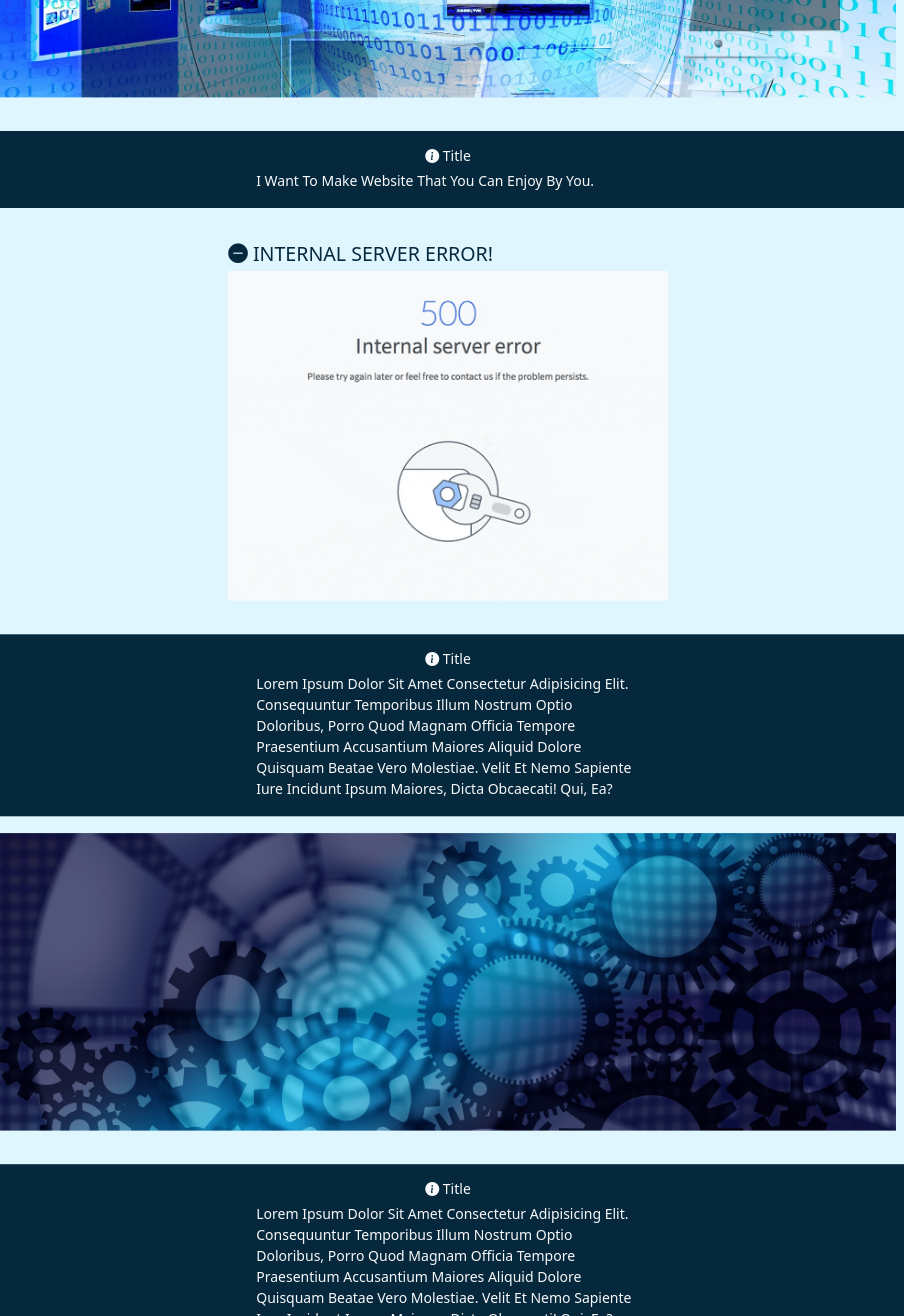
Repository: initer3737/initer3737.github.io
Page: index.html
An editor plug-in stored every save of this project. The page is shown before and after a run of saves, followed by the edit.
The browser window is 1280 px wide. The page is 1292 px wide, so the pictures cover 1292 px, including what lies to the right of the window. The pictures show the part of the page from y = 1803 to 3683 px (the page is 4407 px tall before and 4377 px after), at 70% of full size.
Some web libraries are served in a nearby version.

Above is the page before, as saved 2022-06-12 23:02:55.
Console error: TypeError: Cannot set properties of null (setting 'innerHTML')

After the next 2 saves:
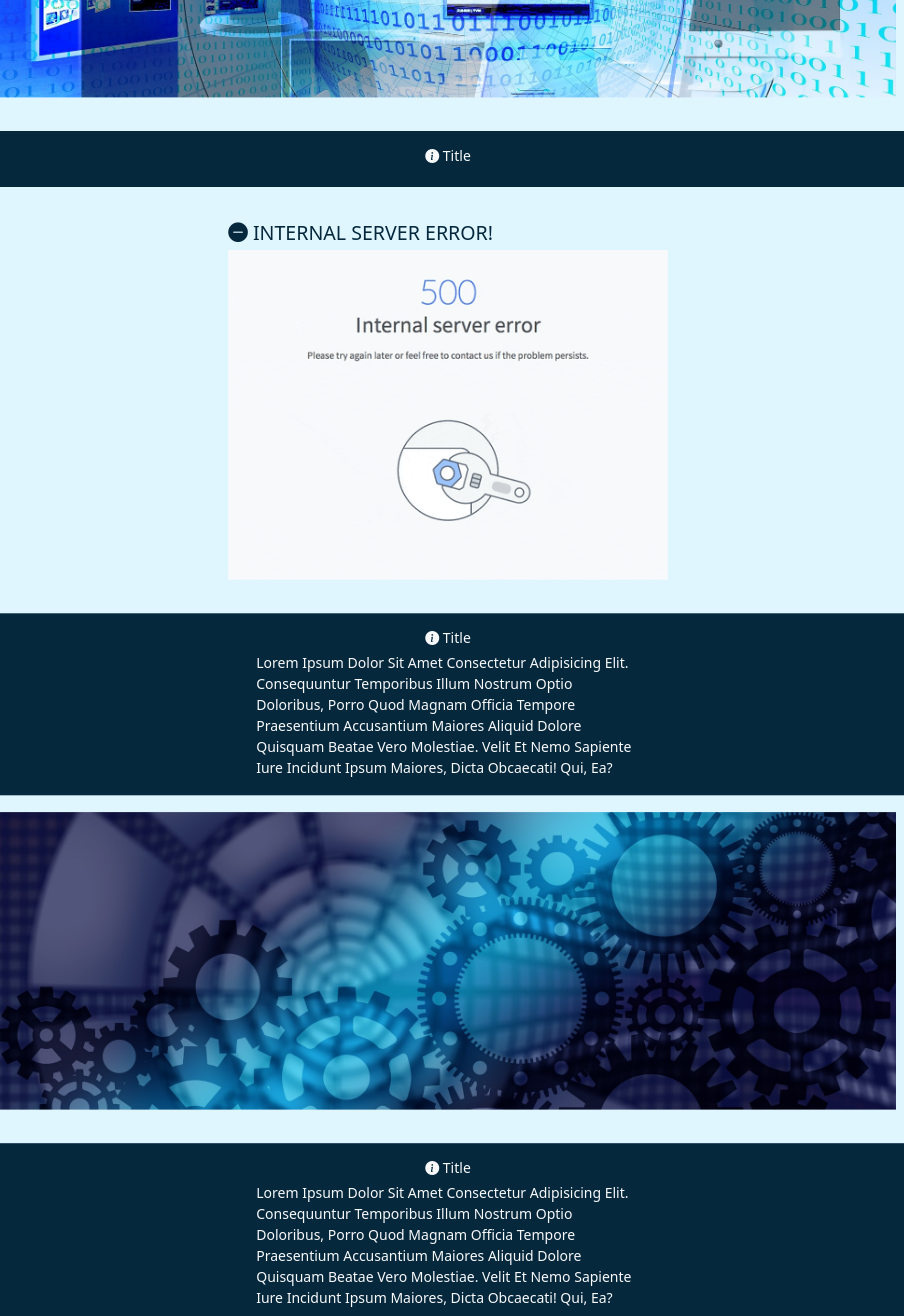
The 2 saves are shown as one change because they came seconds apart.
The last was saved 12 s later.
--- a/index.html
+++ b/index.html
@@ -94,7 +94,7 @@
            <div class="col-12 mt-5 m-auto bg-4 text-light px-2 py-4">
              <div class="text-center "><h5><i class="bi bi-info-circle-fill"></i> title</h5></div>
              <div class="text-start fs-5 px-5 col-12 col-md-6 m-auto">
-                i want to make website that you can enjoy by you.
+
              </div>
            </div>
            <div class="col-6 mt-5 m-auto">

After the 3 saves that followed:
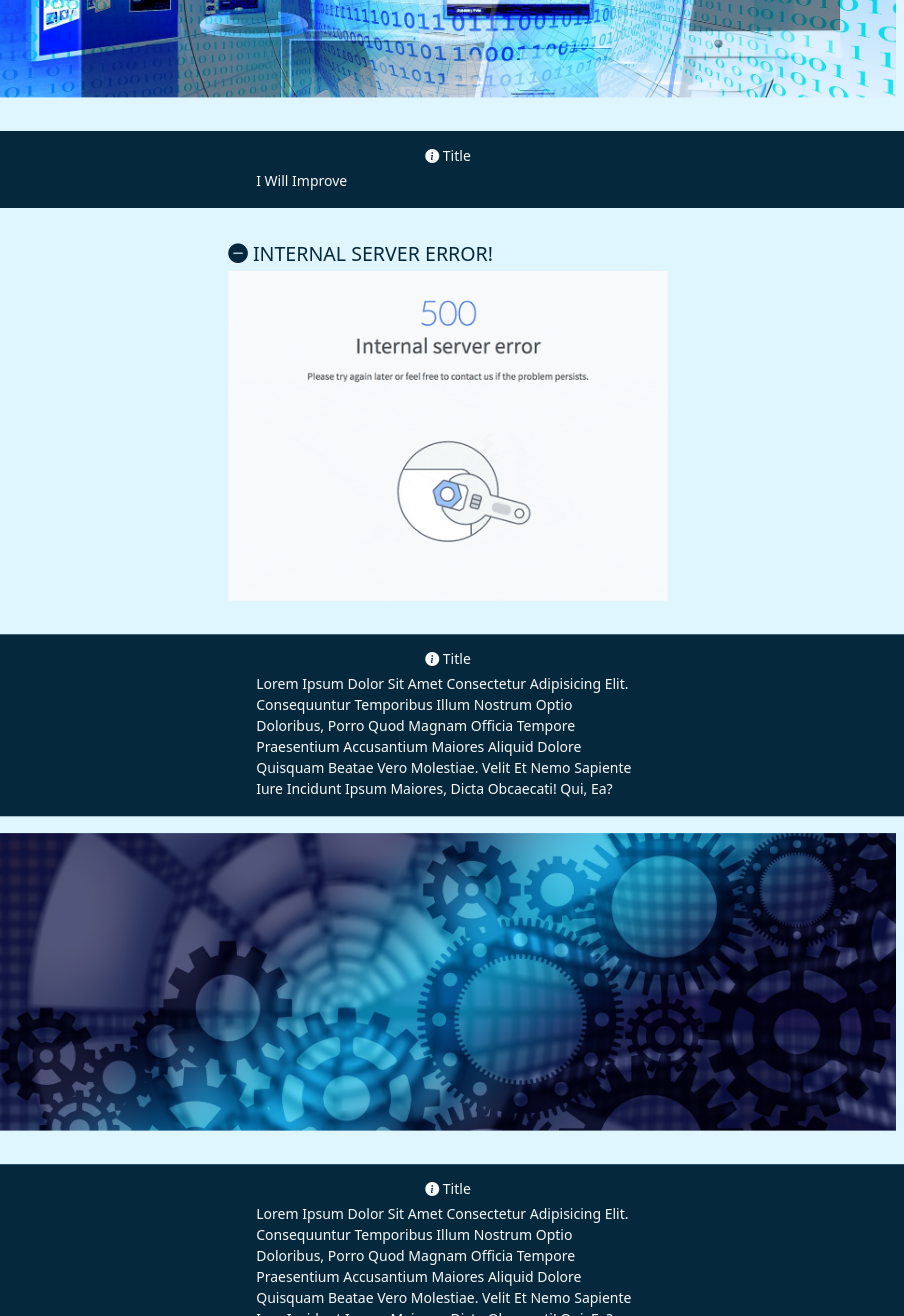
The 3 saves are shown as one change because they came seconds apart.
The last was saved 12 s later.
--- a/index.html
+++ b/index.html
@@ -94,7 +94,7 @@
            <div class="col-12 mt-5 m-auto bg-4 text-light px-2 py-4">
              <div class="text-center "><h5><i class="bi bi-info-circle-fill"></i> title</h5></div>
              <div class="text-start fs-5 px-5 col-12 col-md-6 m-auto">
-
+                i will improve
              </div>
            </div>
            <div class="col-6 mt-5 m-auto">
